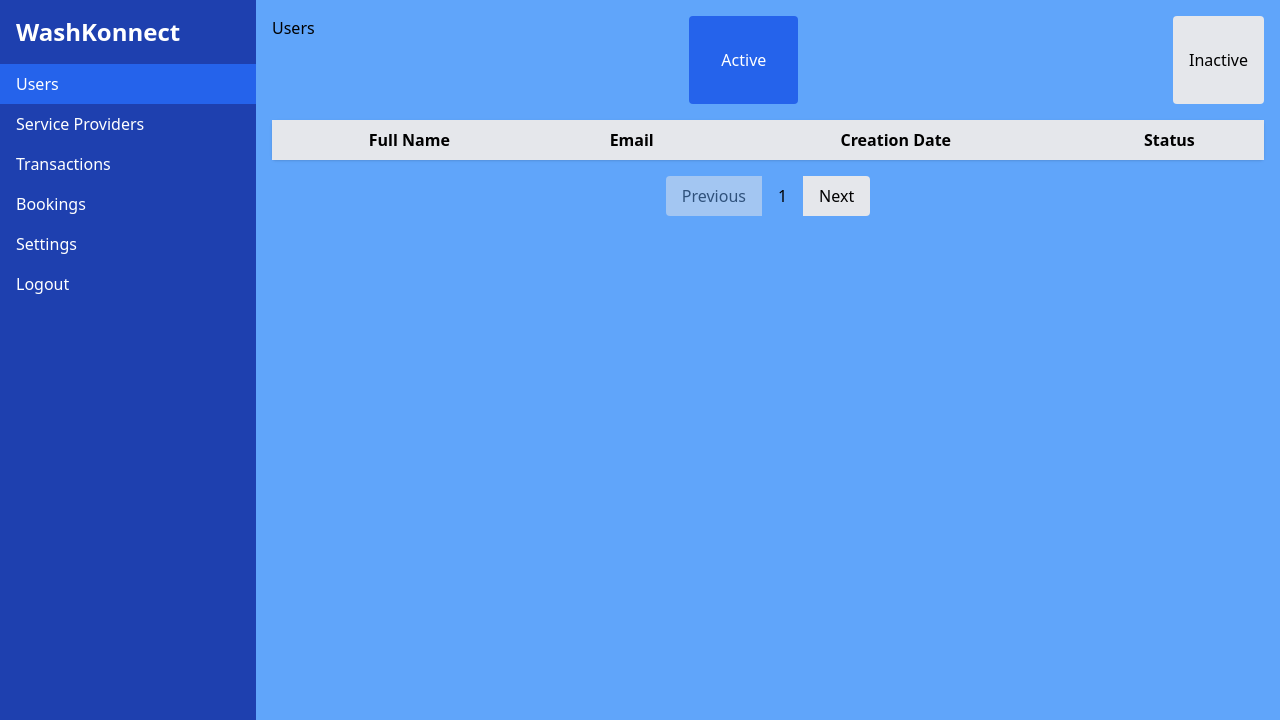
Repository: TEKVOLUTION-LTD/Admin-washKonnect
Page: /dashboard/users (app in Admin-WashKonnect/)
An editor plug-in stored every save of this project. The page is shown before and after the next save, followed by the edit.
The browser window is 1280 px wide. The pictures show the whole page.
The page's requests for data from a server got no answer. The project was rebuilt for these pictures with package versions that can differ from the ones it lists, and the page was loaded fresh each time. No one was signed in, and anything a server would have sent is missing. Also part of the build but not shown: Admin-WashKonnect/vite.config.js, Admin-WashKonnect/src/pages/LoginPage.jsx, Admin-WashKonnect/src/pages/ServiceProviderPage.jsx, Admin-WashKonnect/src/pages/TransactionsPage.jsx, Admin-WashKonnect/src/pages/BookingsPage.jsx, Admin-WashKonnect/src/pages/SettingsPage.jsx, Admin-WashKonnect/src/pages/LogoutPage.jsx.

Above is the page before, as saved 2024-11-19 16:49:19.

### Admin-WashKonnect/src/App.jsx
import { BrowserRouter as Router, Route, Routes } from "react-router-dom";
import LoginPage from "./pages/LoginPage";
import Dashboard from "./pages/Dashboard";

function App() {
  return (
    <Router>
      <Routes>
        <Route path="/" element={<LoginPage />} />
        <Route path="/dashboard/*" element={<Dashboard />} />
      </Routes>
    </Router>
  );
}

export default App;

### Admin-WashKonnect/src/pages/Dashboard.jsx
import { Route, Routes } from "react-router-dom";
import Sidebar from "../components/Sidebar";
import UserPage from "../components/UsersPage";
import ServiceProviderPage from "./ServiceProviderPage";
import TransactionPage from "./TransactionsPage";
import BookingsPage from "./BookingsPage";
import SettingsPage from "./SettingsPage";
import LogoutPage from "./LogoutPage";

const Dashboard = () => {
  return (
    <div className="flex h-screen">
      <Sidebar />
      <div className="flex-1 bg-blue-400 p-4 overflow-auto ">
        <Routes>
          <Route path="users" element={<UserPage className='pt-[5rem]' />} />
          <Route path="service-providers" element={<ServiceProviderPage />} />
          <Route path="transactions" element={<TransactionPage />} />
          <Route path="bookings" element={<BookingsPage />} />
          <Route path="settings" element={<SettingsPage />} />
          <Route path="logout" element={<LogoutPage />} />
        </Routes>
      </div>
    </div>
  );
};

export default Dashboard;

### Admin-WashKonnect/src/api/api.js
import axios from "axios";

const API = axios.create({
  baseURL: "http://localhost:5000/api", // Change this to match your backend URL
});

export default API;

### Admin-WashKonnect/src/components/Sidebar.jsx
import { NavLink } from "react-router-dom";

const Sidebar = () => {
  return (
    <div className="w-64 bg-blue-800 text-white h-full flex flex-col">
      <div className="p-4 text-2xl font-bold">WashKonnect</div>
      <nav className="flex-1">
        {[
          { name: "Users", path: "users" },
          { name: "Service Providers", path: "service-providers" },
          { name: "Transactions", path: "transactions" },
          { name: "Bookings", path: "bookings" },
          { name: "Settings", path: "settings" },
          { name: "Logout", path: "logout" },
        ].map((link) => (
          <NavLink
            key={link.name}
            to={`/dashboard/${link.path}`}
            className={({ isActive }) =>
              `block px-4 py-2 hover:bg-blue-700 ${
                isActive ? "bg-blue-600" : ""
              }`
            }
          >
            {link.name}
          </NavLink>
        ))}
      </nav>
    </div>
  );
};

export default Sidebar;

### Admin-WashKonnect/src/components/UsersPage.jsx
import { useState, useEffect } from "react";
import API from "../api/api";
import Pagination from "./Pagination";

const UserPage = () => {
  const [users, setUsers] = useState([]);
  const [filter, setFilter] = useState("active");
  const [currentPage, setCurrentPage] = useState(1);
  const usersPerPage = 10;

  useEffect(() => {
    const fetchUsers = async () => {
      try {
        const response = await API.get(`/users?status=${filter}`);
        setUsers(response.data);
      } catch (error) {
        console.error("Failed to fetch users", error);
      }
    };
    fetchUsers();
  }, [filter]);

  const startIndex = (currentPage - 1) * usersPerPage;
  const displayedUsers = users.slice(startIndex, startIndex + usersPerPage);

  return (
    <div>
      <div className="flex justify-between mb-4">
        <h1>Users</h1>
        <button
          onClick={() => setFilter("active")}
          className={`px-8 py-8 rounded ${
            filter === "active" ? "bg-blue-600 text-white" : "bg-gray-200"
          }`}
        >
          Active
        </button>
        <button
          onClick={() => setFilter("inactive")}
          className={`px-4 py-2 rounded ${
            filter === "inactive" ? "bg-blue-600 text-white" : "bg-gray-200"
          }`}
        >
          Inactive
        </button>
      </div>
      <table className="w-full bg-white rounded shadow">
        <thead>
          <tr className="bg-gray-200">
            <th className="p-2">Full Name</th>
            <th className="p-2">Email</th>
            <th className="p-2">Creation Date</th>
            <th className="p-2">Status</th>
          </tr>
        </thead>
        <tbody>
          {displayedUsers.map((user) => (
            <tr key={user.id} className="text-center border-t">
              <td className="p-2">{user.fullname}</td>
              <td className="p-2">{user.email}</td>
              <td className="p-2">{user.creationDate}</td>
              <td className="p-2">{user.status}</td>
            </tr>
          ))}
        </tbody>
      </table>
      <Pagination
        totalItems={users.length}
        itemsPerPage={usersPerPage}
        currentPage={currentPage}
        onPageChange={(page) => setCurrentPage(page)}
      />
    </div>
  );
};

export default UserPage;

### Admin-WashKonnect/src/components/Pagination.jsx
const Pagination = ({ totalItems, itemsPerPage, currentPage, onPageChange }) => {
    const totalPages = Math.ceil(totalItems / itemsPerPage);

    return (
      <div className="flex justify-center mt-4">
        <button
          onClick={() => onPageChange(currentPage - 1)}
          disabled={currentPage === 1}
          className="px-4 py-2 bg-gray-200 rounded-l disabled:opacity-50"
        >
          Previous
        </button>
        <span className="px-4 py-2">{currentPage}</span>
        <button
          onClick={() => onPageChange(currentPage + 1)}
          disabled={currentPage === totalPages}
          className="px-4 py-2 bg-gray-200 rounded-r disabled:opacity-50"
        >
          Next
        </button>
      </div>
    );
  };

  export default Pagination;

Loaded but not shown: Admin-WashKonnect/index.html (common file); Admin-WashKonnect/src/main.jsx (common file); Admin-WashKonnect/src/index.css (common file); Admin-WashKonnect/tailwind.config.js (common file)

After the next save:
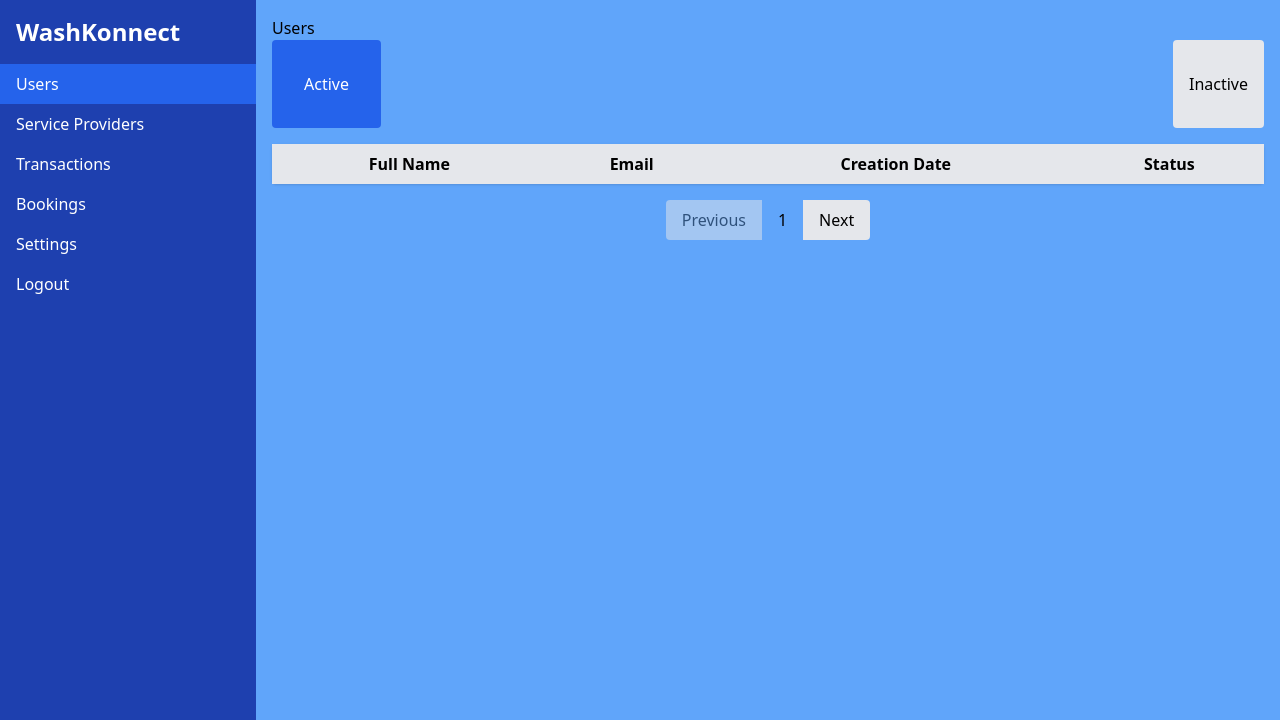
Saved 33 s later.
--- a/Admin-WashKonnect/src/components/UsersPage.jsx
+++ b/Admin-WashKonnect/src/components/UsersPage.jsx
@@ -25,8 +25,9 @@
 
   return (
     <div>
+        <h1>Users</h1>
       <div className="flex justify-between mb-4">
-        <h1>Users</h1>
+
         <button
           onClick={() => setFilter("active")}
           className={`px-8 py-8 rounded ${
